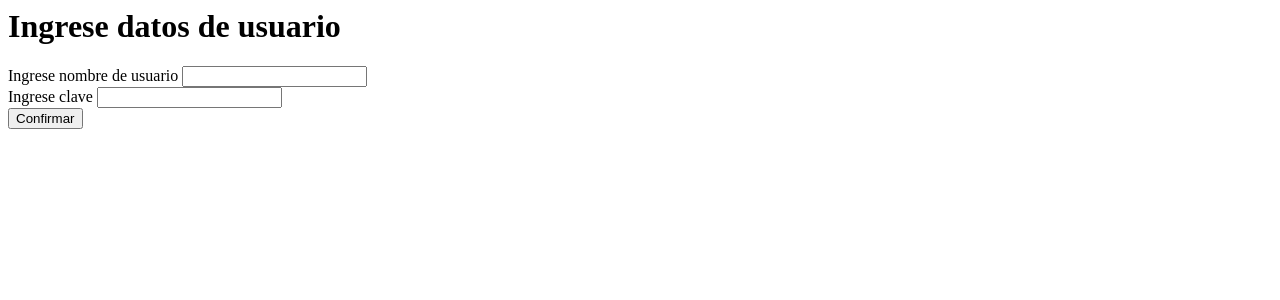
Repository: felipeps23/Java
Page: ProyectoServlet/src/main/webapp/index.html
The author's editor kept a copy of each file at every save. The page is drawn from the files as they stood at one save, then again after the next save.
The browser window is 1280 px wide. The pictures show the whole page.

Above is the page before, as saved 2021-10-02 18:42:36.

### ProyectoServlet/src/main/webapp/index.html
<DOCTYPE html>
<hmtl>
	<head>
		<meta http-equiv="Content-Type" content="text/html; charset=ISO-8859-1">
		<title>Ejemplo de Servlet</title>
	</head>
	<body>
		<form action="RecuperaUser" method="post">
			<h1>Ingrese datos de usuario</h1>
			Ingrese nombre de usuario
			<input type="text" name="usuario" size="20"><br>
			Ingrese clave
			<input type="password" name="clave" size="20"><br>
			<input type="submit" value="Confirmar">
		</form>
	</body>
</hmtl>

After the next save:
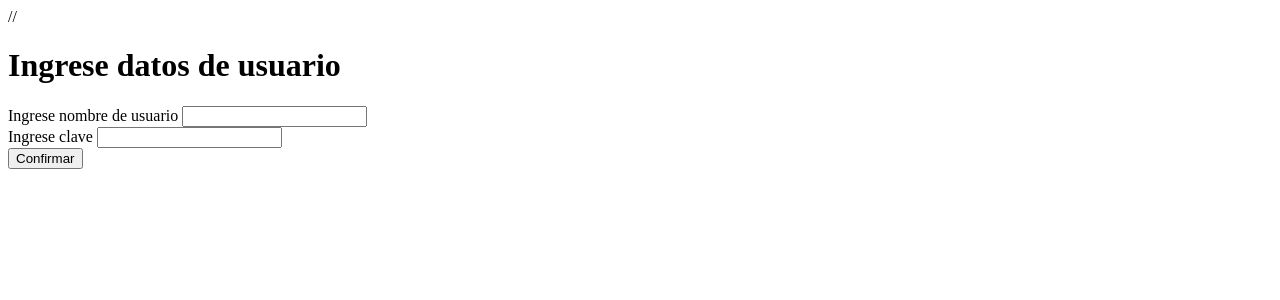
Saved 2 min 4 s later.
--- a/ProyectoServlet/src/main/webapp/index.html
+++ b/ProyectoServlet/src/main/webapp/index.html
@@ -5,7 +5,8 @@
 		<title>Ejemplo de Servlet</title>
 	</head>
 	<body>
-		<form action="RecuperaUser" method="post">
+		//<form action="RecuperaUser" method="post">
+		<form action="RecuperaUser" method="get">
 			<h1>Ingrese datos de usuario</h1>
 			Ingrese nombre de usuario
 			<input type="text" name="usuario" size="20"><br>

After the save that followed:
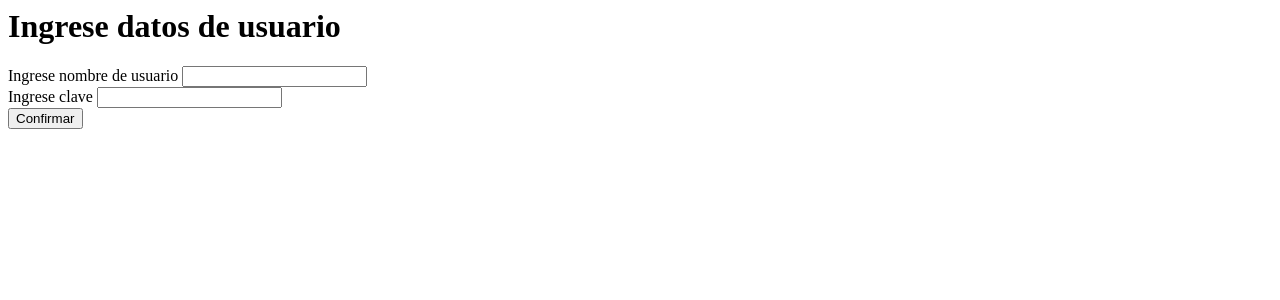
Saved 13 s later.
--- a/ProyectoServlet/src/main/webapp/index.html
+++ b/ProyectoServlet/src/main/webapp/index.html
@@ -5,7 +5,7 @@
 		<title>Ejemplo de Servlet</title>
 	</head>
 	<body>
-		//<form action="RecuperaUser" method="post">
+		<!-- <form action="RecuperaUser" method="post">  -->
 		<form action="RecuperaUser" method="get">
 			<h1>Ingrese datos de usuario</h1>
 			Ingrese nombre de usuario
